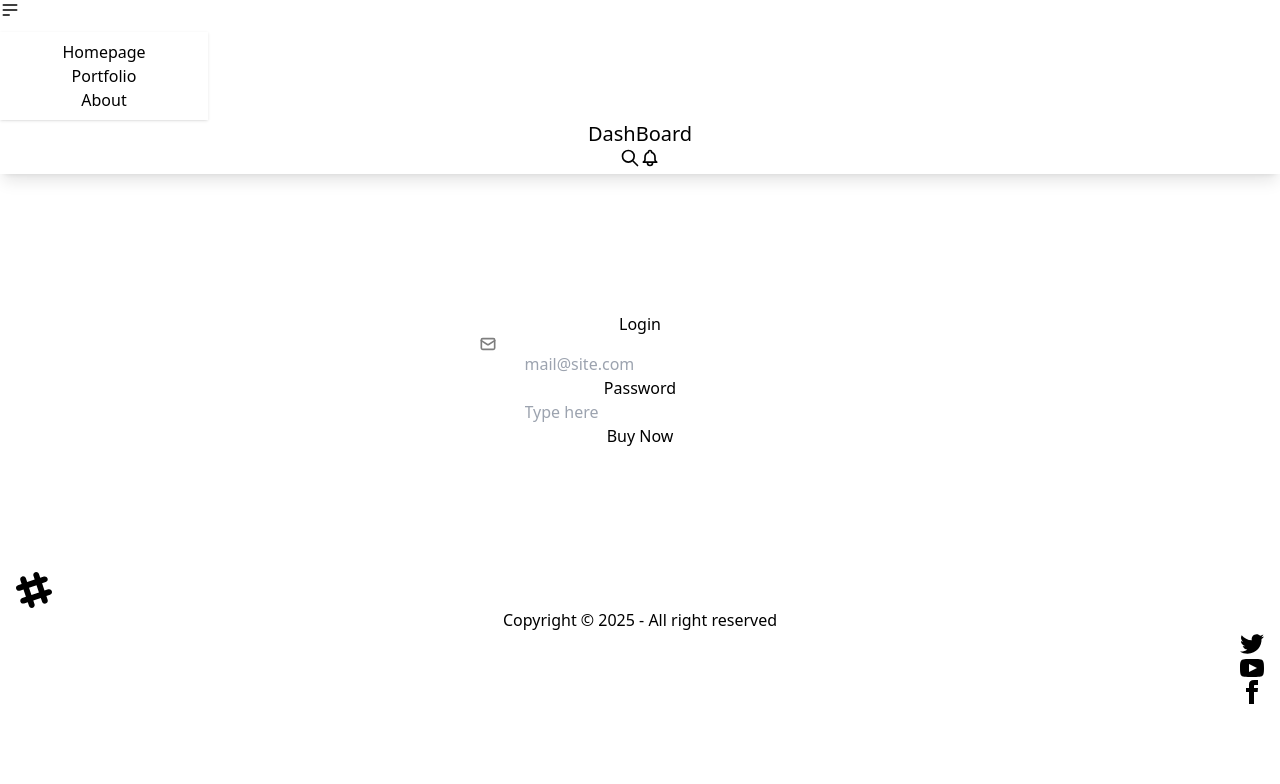
Repository: ROHIT8804/devTinderFrontEnd
Page: /login (app in devTinder-Web/)
An editor plug-in stored every save of this project. The page is shown before and after the next save, followed by the edit.
The browser window is 1280 px wide. The pictures show the whole page.
The project was rebuilt for these pictures with package versions that can differ from the ones it lists, and the page was loaded fresh each time. Also part of the build but not shown: devTinder-Web/vite.config.js, devTinder-Web/src/Profile.jsx.

Above is the page before, as saved 2025-07-26 16:54:55.

### devTinder-Web/src/App.jsx
import { useState } from "react";
import "./App.css";
import { Routes } from "react-router-dom";
import { BrowserRouter, Route } from "react-router-dom";
import Body from "./Body";
import Login from "./Login";
import Profile from "./Profile";

function App() {
  const [count, setCount] = useState(0);

  return (
    <>
      <BrowserRouter>
        <Routes>
          <Route path="/" element={<Body />} >
            <Route path="/login" element={<Login />} />
            <Route path="/profile" element={<Profile />} />
          </Route>
        </Routes>
      </BrowserRouter>
    </>
  );
}

export default App;

### devTinder-Web/src/Body.jsx
import { Outlet } from "react-router-dom";
import Nav from "./Nav";
import Footer from "./Footer";

function Body() {
  return (
    <div className="relative min-h-screen ">
      {/* Fixed Navbar */}
      <div className="fixed top-0 left-0 w-full z-50">
        <Nav />
      </div>
      {/* Main Content */}
      <div className="flex flex-col items-center justify-center pt-[3.5rem] pb-[5rem] min-h-screen">
        <Outlet />
      </div>
      {/* Fixed Footer */}
      <div className="fixed bottom-0 left-0 w-full z-50">
        <Footer />
      </div>
    </div>
  );
}

export default Body;

### devTinder-Web/src/Login.jsx
function Login() {
  return (
    <div className="card card-border bg-base-100 w-96">
      <div className="card-body">
        <h2 className="card-title">Login</h2>
        <div>
          <label className="input validator">
            <svg
              className="h-[1em] opacity-50"
              xmlns="http://www.w3.org/2000/svg"
              viewBox="0 0 24 24"
            >
              <g
                strokeLinejoin="round"
                strokeLinecap="round"
                strokeWidth="2.5"
                fill="none"
                stroke="currentColor"
              >
                <rect width="20" height="16" x="2" y="4" rx="2"></rect>
                <path d="m22 7-8.97 5.7a1.94 1.94 0 0 1-2.06 0L2 7"></path>
              </g>
            </svg>
            <input type="email" placeholder="mail@site.com" required />
          </label>
          <div className="validator-hint hidden">Enter valid email address</div>
        </div>
        <fieldset className="fieldset">
          <legend className="fieldset-legend">Password</legend>
          <input type="text" className="input" placeholder="Type here" />
        </fieldset>
        <div className="card-actions justify-end">
          <button className="btn btn-primary">Buy Now</button>
        </div>
      </div>
    </div>
  );
}

export default Login;

### devTinder-Web/src/Nav.jsx


function Nav() {
   return (
    <>
    {/* Navigation Bar */}
      <div className="navbar bg-base-100 shadow-lg">
        <div className="navbar-start">
          <div className="dropdown">
            <div
              tabIndex={0}
              role="button"
              className="btn btn-ghost btn-circle"
            >
              <svg
                xmlns="http://www.w3.org/2000/svg"
                className="h-5 w-5"
                fill="none"
                viewBox="0 0 24 24"
                stroke="currentColor"
              >
                <path
                  strokeLinecap="round"
                  strokeLinejoin="round"
                  strokeWidth="2"
                  d="M4 6h16M4 12h16M4 18h7"
                />
              </svg>
            </div>
            <ul
              tabIndex={0}
              className="menu menu-sm dropdown-content bg-base-100 rounded-box z-[1] mt-3 w-52 p-2 shadow"
            >
              <li>
                <a>Homepage</a>
              </li>
              <li>
                <a>Portfolio</a>
              </li>
              <li>
                <a>About</a>
              </li>
            </ul>
          </div>
        </div>

        <div className="navbar-center">
          <a className="btn btn-ghost text-xl">DashBoard</a>
        </div>

        <div className="navbar-end">
          <button className="btn btn-ghost btn-circle">
            <svg
              xmlns="http://www.w3.org/2000/svg"
              className="h-5 w-5"
              fill="none"
              viewBox="0 0 24 24"
              stroke="currentColor"
            >
              <path
                strokeLinecap="round"
                strokeLinejoin="round"
                strokeWidth="2"
                d="M21 21l-6-6m2-5a7 7 0 11-14 0 7 7 0 0114 0z"
              />
            </svg>
          </button>

          <button className="btn btn-ghost btn-circle">
            <div className="indicator">
              <svg
                xmlns="http://www.w3.org/2000/svg"
                className="h-5 w-5"
                fill="none"
                viewBox="0 0 24 24"
                stroke="currentColor"
              >
                <path
                  strokeLinecap="round"
                  strokeLinejoin="round"
                  strokeWidth="2"
                  d="M15 17h5l-1.405-1.405A2.032 2.032 0 0118 14.158V11a6.002 6.002 0 00-4-5.659V5a2 2 0 10-4 0v.341C7.67 6.165 6 8.388 6 11v3.159c0 .538-.214 1.055-.595 1.436L4 17h5m6 0v1a3 3 0 11-6 0v-1m6 0H9"
                />
              </svg>
              <span className="badge badge-xs badge-primary indicator-item"></span>
            </div>
          </button>
        </div>
      </div>
    </>

   );
 }

 export default Nav;

### devTinder-Web/src/Footer.jsx
function Footer() {
  return (
    <div>
        {/* Footer */}
      <footer className="footer sm:footer-horizontal bg-neutral text-neutral-content items-center p-4">
        <aside className="grid-flow-col items-center">
          <svg
            width="36"
            height="36"
            viewBox="0 0 24 24"
            xmlns="http://www.w3.org/2000/svg"
            fillRule="evenodd"
            clipRule="evenodd"
            className="fill-current">
            <path
              d="M22.672 15.226l-2.432.811.841 2.515c.33 1.019-.209 2.127-1.23 2.456-1.15.325-2.148-.321-2.463-1.226l-.84-2.518-5.013 1.677.84 2.517c.391 1.203-.434 2.542-1.831 2.542-.88 0-1.601-.564-1.86-1.314l-.842-2.516-2.431.809c-1.135.328-2.145-.317-2.463-1.229-.329-1.018.211-2.127 1.231-2.456l2.432-.809-1.621-4.823-2.432.808c-1.355.384-2.558-.59-2.558-1.839 0-.817.509-1.582 1.327-1.846l2.433-.809-.842-2.515c-.33-1.02.211-2.129 1.232-2.458 1.02-.329 2.13.209 2.461 1.229l.842 2.515 5.011-1.677-.839-2.517c-.403-1.238.484-2.553 1.843-2.553.819 0 1.585.509 1.85 1.326l.841 2.517 2.431-.81c1.02-.33 2.131.211 2.461 1.229.332 1.018-.21 2.126-1.23 2.456l-2.433.809 1.622 4.823 2.433-.809c1.242-.401 2.557.484 2.557 1.838 0 .819-.51 1.583-1.328 1.847m-8.992-6.428l-5.01 1.675 1.619 4.828 5.011-1.674-1.62-4.829z"></path>
          </svg>
          <p>Copyright © {new Date().getFullYear()} - All right reserved</p>
        </aside>
        <nav className="grid-flow-col gap-4 md:place-self-center md:justify-self-end">
          <a>
            <svg
              xmlns="http://www.w3.org/2000/svg"
              width="24"
              height="24"
              viewBox="0 0 24 24"
              className="fill-current">
              <path
                d="M24 4.557c-.883.392-1.832.656-2.828.775 1.017-.609 1.798-1.574 2.165-2.724-.951.564-2.005.974-3.127 1.195-.897-.957-2.178-1.555-3.594-1.555-3.179 0-5.515 2.966-4.797 6.045-4.091-.205-7.719-2.165-10.148-5.144-1.29 2.213-.669 5.108 1.523 6.574-.806-.026-1.566-.247-2.229-.616-.054 2.281 1.581 4.415 3.949 4.89-.693.188-1.452.232-2.224.084.626 1.956 2.444 3.379 4.6 3.419-2.07 1.623-4.678 2.348-7.29 2.04 2.179 1.397 4.768 2.212 7.548 2.212 9.142 0 14.307-7.721 13.995-14.646.962-.695 1.797-1.562 2.457-2.549z"></path>
            </svg>
          </a>
          <a>
            <svg
              xmlns="http://www.w3.org/2000/svg"
              width="24"
              height="24"
              viewBox="0 0 24 24"
              className="fill-current">
              <path
                d="M19.615 3.184c-3.604-.246-11.631-.245-15.23 0-3.897.266-4.356 2.62-4.385 8.816.029 6.185.484 8.549 4.385 8.816 3.6.245 11.626.246 15.23 0 3.897-.266 4.356-2.62 4.385-8.816-.029-6.185-.484-8.549-4.385-8.816zm-10.615 12.816v-8l8 3.993-8 4.007z"></path>
            </svg>
          </a>
          <a>
            <svg
              xmlns="http://www.w3.org/2000/svg"
              width="24"
              height="24"
              viewBox="0 0 24 24"
              className="fill-current">
              <path
                d="M9 8h-3v4h3v12h5v-12h3.642l.358-4h-4v-1.667c0-.955.192-1.333 1.115-1.333h2.885v-5h-3.808c-3.596 0-5.192 1.583-5.192 4.615v3.385z"></path>
            </svg>
          </a>
        </nav>
      </footer>
    </div>
  )
}

export default Footer;

### devTinder-Web/tailwind.config.js
/** @type {import('tailwindcss').Config} */
export default {
  content: [
    "./index.html",
    "./src/**/*.{js,ts,jsx,tsx}",
  ],
  theme: {
    extend: {},
  },
  plugins: [require("daisyui")],
  daisyui: {
    themes: ["light", "dark", "cupcake"],
    darkTheme: "light", // Set this to "light" for light theme default
    base: true,
    styled: true,
    utils: true,
  },
}

Loaded but not shown: devTinder-Web/index.html (common file); devTinder-Web/src/main.jsx (common file); devTinder-Web/src/index.css (common file); devTinder-Web/src/App.css (common file)

After the next save:
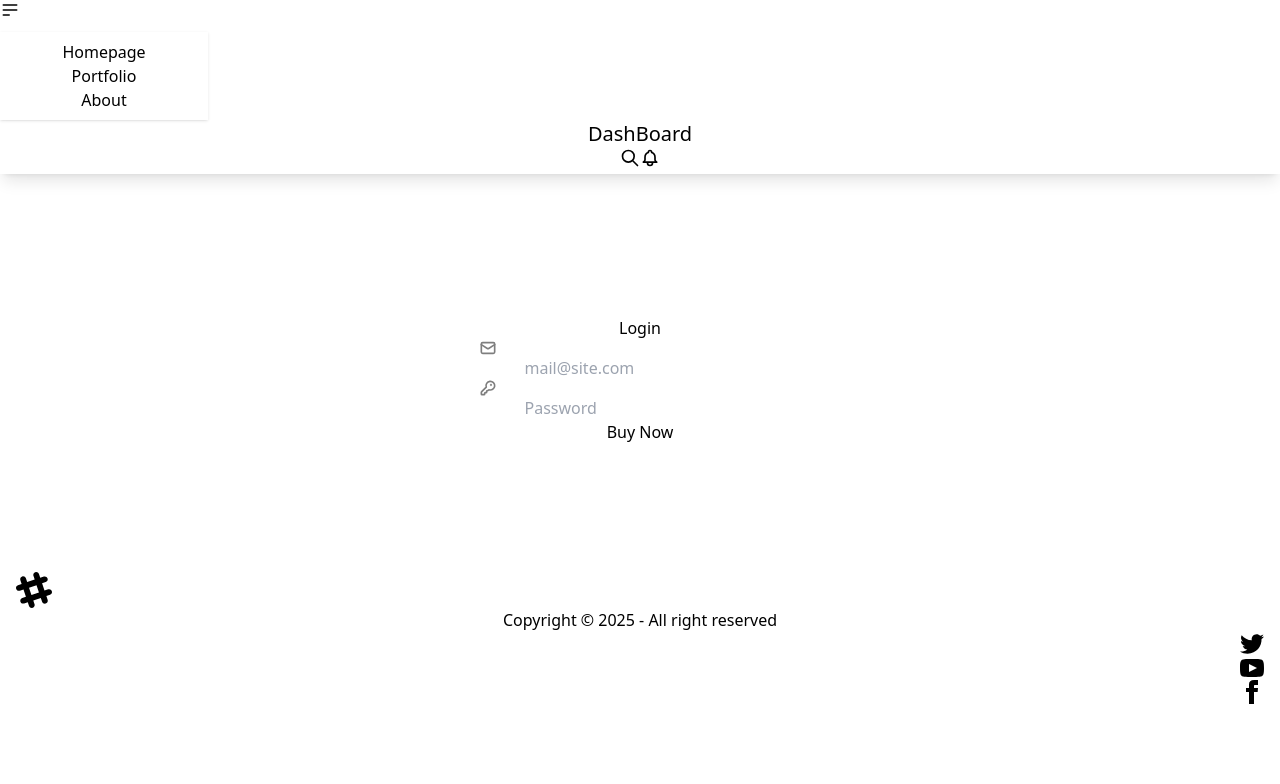
Saved 52 s later.
--- a/devTinder-Web/src/Login.jsx
+++ b/devTinder-Web/src/Login.jsx
@@ -25,10 +25,41 @@ function Login() {
           </label>
           <div className="validator-hint hidden">Enter valid email address</div>
         </div>
-        <fieldset className="fieldset">
-          <legend className="fieldset-legend">Password</legend>
-          <input type="text" className="input" placeholder="Type here" />
-        </fieldset>
+        <div>
+          <label className="input validator">
+            <svg
+              className="h-[1em] opacity-50"
+              xmlns="http://www.w3.org/2000/svg"
+              viewBox="0 0 24 24"
+            >
+              <g
+                strokeLinejoin="round"
+                strokeLinecap="round"
+                strokeWidth="2.5"
+                fill="none"
+                stroke="currentColor"
+              >
+                <path d="M2.586 17.414A2 2 0 0 0 2 18.828V21a1 1 0 0 0 1 1h3a1 1 0 0 0 1-1v-1a1 1 0 0 1 1-1h1a1 1 0 0 0 1-1v-1a1 1 0 0 1 1-1h.172a2 2 0 0 0 1.414-.586l.814-.814a6.5 6.5 0 1 0-4-4z"></path>
+                <circle cx="16.5" cy="7.5" r=".5" fill="currentColor"></circle>
+              </g>
+            </svg>
+            <input
+              type="password"
+              required
+              placeholder="Password"
+              minlength="8"
+              pattern="(?=.*\d)(?=.*[a-z])(?=.*[A-Z]).{8,}"
+              title="Must be more than 8 characters, including number, lowercase letter, uppercase letter"
+            />
+          </label>
+          <p className="validator-hint hidden">
+            Must be more than 8 characters, including
+            <br />
+            At least one number <br />
+            At least one lowercase letter <br />
+            At least one uppercase letter
+          </p>
+        </div>
         <div className="card-actions justify-end">
           <button className="btn btn-primary">Buy Now</button>
         </div>
